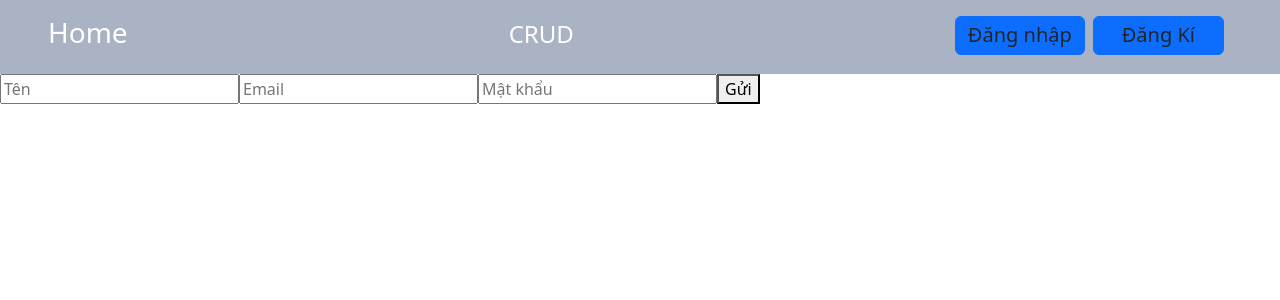
Repository: tung1999zxc/vue-project
Page: /upload
An editor plug-in stored every save of this project. The page is shown before and after the next save, followed by the edit.
The browser window is 1280 px wide. The pictures show the whole page.
The project was rebuilt for these pictures with package versions that can differ from the ones it lists, and the page was loaded fresh each time. Also part of the build but not shown: vite.config.ts, src/components/test.vue, src/components/footer1.vue, src/views/HomeView.vue, src/components/login.vue, src/components/Regis.vue, src/components/crud.vue.

Above is the page before, as saved 2023-08-08 10:15:01.
Console error (its wording comes from the project's code and is left out).

### index.html
<!DOCTYPE html>
<html lang="en">
  <head>
    <meta charset="UTF-8">
    <meta name="viewport" content="width=device-width, initial-scale=1.0">
    <title>Vite App</title>
  </head>
  <body>
    <div id="app"><div></div></div>
    <script type="module" src="/src/main.js"></script>

  </body>
</html>

### src/main.js


import { createApp } from 'vue';
import { createPinia } from 'pinia';



import App from './App.vue'
import router from './router/index'
import store from './store/index'
import axios from 'axios';
import { Field, Form, ErrorMessage } from 'vee-validate';

import 'bootstrap/dist/css/bootstrap.css'

// const isAuthenticated = localStorage.getItem('token');
// if (isAuthenticated !== null) {
//   store.commit('SET_AUTHENTICATION', isAuthenticated === 'true');
// }
const app = createApp(App)
app.component('Field', Field);
app.component('Form', Form);
app.component('ErrorMessage', ErrorMessage);
app.use(createPinia())
app.use(router)
app.use(store)
axios.defaults.headers.common['Authorization'] = `Bearer ${localStorage.getItem('token')}`;
app.mount('#app')

### src/App.vue
<template>
  <Menu/>
  <router-view></router-view>



</template>
<script setup lang="ts">
import axios from 'axios';
import { RouterLink, RouterView } from 'vue-router'
import Menu from './components/Menu.vue'


//import login from './components/login.vue'

// export default {
//   components: {
//     Menu,login2
//   },
// };

</script>

<style scoped>

</style>

### src/router/index.js
import { createRouter, createWebHistory } from 'vue-router'
import HomeView from '../views/HomeView.vue'
import Login from '../components/Login.vue'
import Regis from '../components/Regis.vue'
import crud from '../components/crud.vue'
import upload from '../components/upload.vue'


const router = createRouter({
  history: createWebHistory(import.meta.env.BASE_URL),
  routes : [
    {path: '/',component: HomeView,},
    {path: '/login',component:Login,},
    {path: '/Regis',component: Regis,},
    {path: '/crud',component: crud,},
    {path: '/upload',component: upload,},


  ]
})

export default router

### src/store/index.js
// store/index.js

import { createStore } from 'vuex'
import Vuex from 'vuex';
import auth from './auth';



const store = new Vuex.Store({
  modules: {
    auth, // Thêm Vuex module vào store với tên auth
  },
});

export default store;

### src/components/Menu.vue
<template>
    <div>
      <div class="justify-content-between d-flex px-5 py-3 " style="background: #aab3c4; ">


        <div class="h3"><router-link class="text-white text-decoration-none" to="/">Home</router-link></div>
        <div class="h4 mt-1"><router-link class="text-white text-decoration-none" to="/crud">CRUD</router-link></div>
        <!-- <div class="h4 mt-1"><router-link class="text-white text-decoration-none" to="/upload">UPLOAD</router-link></div> -->


        <div class=""><div v-if="!isAuthenticated" class="btn btn-primary mr-2 " >
          <router-link class="text-dark h5 text-decoration-none " to="/Login">Đăng nhập</router-link></div>
         <div v-else class="btn btn-danger " >
          <div @click="handleLogout">Đăng xuất</div></div>
         <div class="btn btn-primary mx-2"  v-show="!isAuthenticated"><router-link class=" h5 px-3 text-dark text-decoration-none" to="/Regis">Đăng Kí</router-link></div></div>

    </div>

    </div>
  </template>

  <script>
  import 'bootstrap/dist/css/bootstrap.css';
  import { mapState, mapGetters , mapMutations ,mapActions} from 'vuex';
  export default {
    computed: {
    ...mapGetters('auth', ['isAuthenticated','userinfo']),
  },
    methods: {
      ...mapMutations('auth', ['SET_AUTHENTICATED']),
      ...mapActions('auth', ['login', 'logout']),
    // handleLogin() {
    //   this.login(); // Call the login action to set isAuthenticated to true
    // },
    handleLogout() {
      this.logout(); // Call the logout action to set isAuthenticated to false
    },


        logoutUser(){
      // Xóa mã thông báo JWT khỏi localStorage khi đăng xuất
      localStorage.removeItem('token');
      // Hoặc đặt lại giá trị isAuthenticated về false khi đăng xuất
      this.SET_AUTHENTICATED = null;
      alert('đăng xuất thành  công');



    },
    },

  };
  </script>

  <style scoped>


  </style>

### src/components/upload.vue
<template>
  <Form @submit="submitForm">
    <Field name="name" rules="required" v-slot="{ errors }">
      <input v-model="name" placeholder="Tên" />
      <ErrorMessage :name="name" :errors="errors" />
    </Field>

    <Field name="email" rules="required|email" v-slot="{ errors }">
      <input v-model="email" placeholder="Email" />
      <ErrorMessage :name="email" :errors="errors" />
    </Field>

    <Field name="password" rules="required|min:6" v-slot="{ errors }">
      <input type="password" v-model="password" placeholder="Mật khẩu" />
      <ErrorMessage :name="password" :errors="errors" />
    </Field>

    <button type="submit">Gửi</button>
  </Form>
</template>

<script>
import { useForm } from 'vee-validate';

export default {
  setup() {
    const { handleSubmit } = useForm();

    const submitForm = handleSubmit(values => {
      // Xử lý gửi dữ liệu
    });

    return {
      submitForm,
    };
  },
  data() {
    return {
      name: '',
      email: '',
      password: '',
    };
  },
};
</script>


<!-- <template>
  <div>
    <input type="file" ref="fileInput" @change="handleFileChange" />
    <button @click="uploadFile">Tải lên</button> <br><br>
    tải lên nhiều file <br>
    <input type="file" ref="fileInput" @change="handleFileChange" multiple />
    <button @click="uploadFiles">Tải lên</button>

  </div>
</template>

<script>
export default {
  data() {
    return {
      selectedFile: null,
    };
  },
  methods: {
    handleFileChange(event) {
      this.selectedFile = event.target.files[0];
      // this.selectedFiles = event.target.files;
    },
    async uploadFile() {
      if (this.selectedFile) {
        const formData = new FormData();
        formData.append('file', this.selectedFile);

      //   const formData = new FormData();
      //   for (let i = 0; i < this.selectedFiles.length; i++) {
      //   formData.append('files', this.selectedFiles[i]);
      // }

        try {
          const response = await fetch('https://example.com/api/upload', {
            method: 'POST',
            body: formData,
          });

          if (response.ok) {
            console.log('Tải tệp lên thành công.');
          } else {
            console.error('Lỗi khi tải tệp lên.');
          }
        } catch (error) {
          console.error('Lỗi kết nối:', error);
        }
      } else {
        console.warn('Vui lòng chọn tệp cần tải lên.');
      }
    },
  },
};
</script> -->

### src/store/auth.js
const state = {
  isAuthenticated: localStorage.getItem('token'),
  userinfo: JSON.parse(localStorage.getItem('userinfo')),

  // Các thông tin người dùng khác nếu cần
};

const getters = {
  isAuthenticated: state => state.isAuthenticated,
  userinfo: state => state.userinfo,

  // Các getters khác nếu cần
};
  const mutations = {
    SET_AUTHENTICATED(state, value) {
      state.isAuthenticated = value;
    },
    SET_USERINFO(state, value) {
      state.userinfo = value;

    },
    // Các mutations khác nếu cần
  };
  import axios from 'axios';
  import router from '../router/index';
  const actions = {
    login({ commit }, { username, password }) {

      axios.post('https://api.tranhai.net/api/auth/login', {
      username: username,
      password: password
    })
    .then(response => {
      const data = response.data;
      localStorage.setItem('token', data.access_token);
      commit('SET_AUTHENTICATED', localStorage.getItem('token'));

      axios.get('https://api.tranhai.net/api/userinfo/me'
      // {
      //   headers: {
      //     Authorization: 'Bearer ' + localStorage.getItem('token'),
      //   }}
        )
      .then(response=>{
        localStorage.setItem('userinfo', JSON.stringify(response.data));

      })
      .catch(error =>{
        alert('lấy thông tin thất bại');
      })

      // console.log(data)
      // this.token = data.access_token;
    })
    .catch(error => {
      // Xử lý lỗi đăng nhập
      console.error(error);

      alert('Đăng nhập thất bại!');

    });

    //
    //

        },


      logout({ commit }) {
        localStorage.removeItem('token');
        localStorage.removeItem('userinfo');
          commit('SET_AUTHENTICATED', localStorage.getItem('token'));
          commit('SET_USERINFO', {});
          alert('đăng xuất thành  công');
        },

  };


  export default {
    namespaced: true,
    state,
    mutations,
    actions,
    getters,
  };

After the next save:
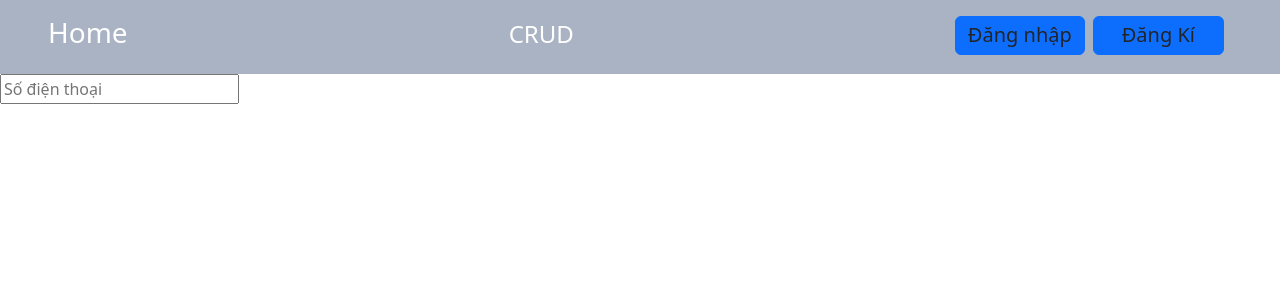
The error is gone.
Saved 10 min 53 s later.
--- a/src/components/upload.vue
+++ b/src/components/upload.vue
@@ -1,45 +1,26 @@
 <template>
-  <Form @submit="submitForm">
-    <Field name="name" rules="required" v-slot="{ errors }">
-      <input v-model="name" placeholder="Tên" />
-      <ErrorMessage :name="name" :errors="errors" />
-    </Field>
-
-    <Field name="email" rules="required|email" v-slot="{ errors }">
-      <input v-model="email" placeholder="Email" />
-      <ErrorMessage :name="email" :errors="errors" />
-    </Field>
-
-    <Field name="password" rules="required|min:6" v-slot="{ errors }">
-      <input type="password" v-model="password" placeholder="Mật khẩu" />
-      <ErrorMessage :name="password" :errors="errors" />
-    </Field>
-
-    <button type="submit">Gửi</button>
-  </Form>
+  <div>
+    <input v-model="phoneNumber" placeholder="Số điện thoại" @input="validatePhoneNumber" />
+    <p v-if="phoneNumberError">{{ phoneNumberError }}</p>
+  </div>
 </template>
 
 <script>
-import { useForm } from 'vee-validate';
-
 export default {
-  setup() {
-    const { handleSubmit } = useForm();
-
-    const submitForm = handleSubmit(values => {
-      // Xử lý gửi dữ liệu
-    });
-
+  data() {
     return {
-      submitForm,
+      phoneNumber: '',
+      phoneNumberError: '',
     };
   },
-  data() {
-    return {
-      name: '',
-      email: '',
-      password: '',
-    };
+  methods: {
+    validatePhoneNumber() {
+      if (!/^\d{10}$/.test(this.phoneNumber)) {
+        this.phoneNumberError = 'Số điện thoại không hợp lệ';
+      } else {
+        this.phoneNumberError = '';
+      }
+    },
   },
 };
 </script>
